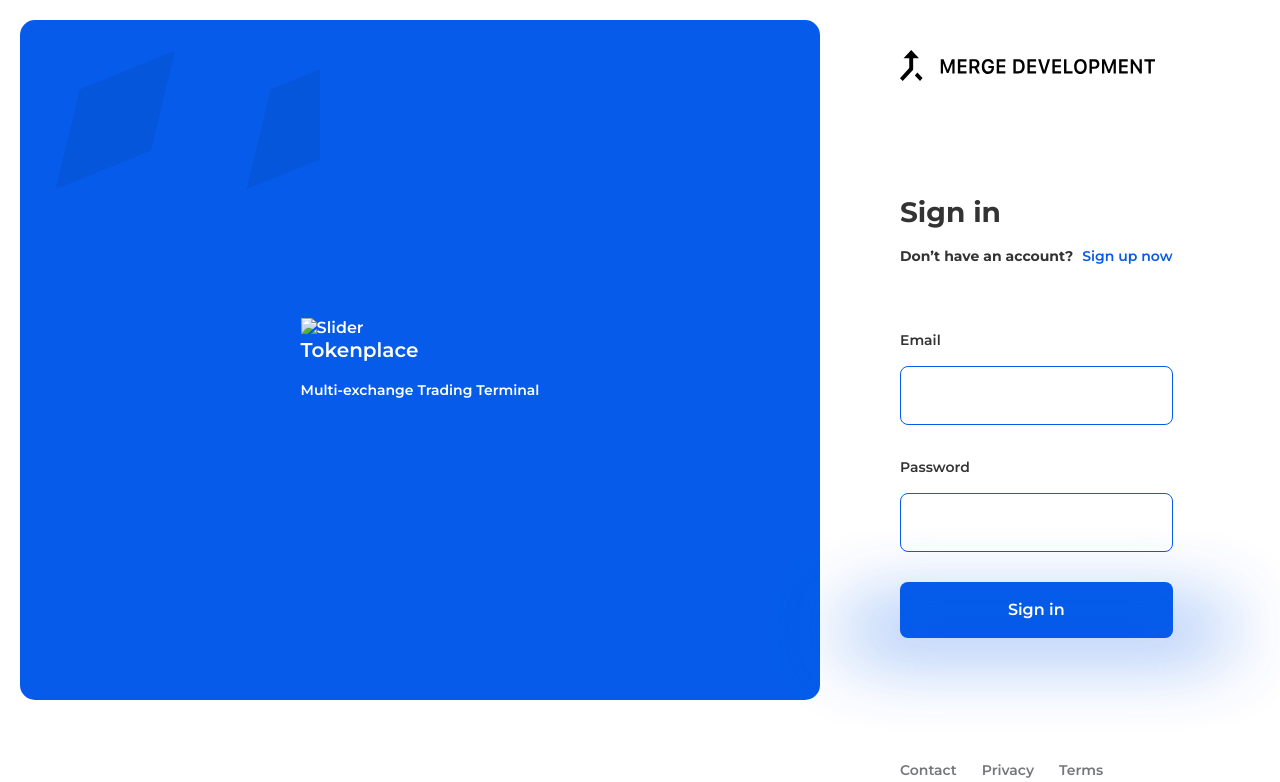
Repository: 13RedFox/form-project
Page: /
An editor plug-in stored every save of this project. The page is shown before and after the next save, followed by the edit.
The browser window is 1280 px wide. The pictures show the whole page.
The project was rebuilt for these pictures with package versions that can differ from the ones it lists, and the page was loaded fresh each time.

Above is the page before, as saved 2021-08-04 18:39:25.

### public/index.html
<!DOCTYPE html>
<html lang="en">

<head>
  <meta charset="utf-8" />
  <link rel="icon" href="%PUBLIC_URL%/favicon.ico" />
  <meta name="viewport" content="width=device-width, initial-scale=1" />
  <meta name="theme-color" content="#000000" />
  <meta name="description" content="Web site created using create-react-app" />
  <link rel="apple-touch-icon" href="%PUBLIC_URL%/logo192.png" />
  <link rel="manifest" href="%PUBLIC_URL%/manifest.json" />

  <title>Form Project</title>
  <link rel="preconnect" href="https://fonts.googleapis.com">
  <link rel="preconnect" href="https://fonts.gstatic.com" crossorigin>
  <link href="https://fonts.googleapis.com/css2?family=Montserrat:wght@600;700&display=swap" rel="stylesheet">
</head>

<body>
  <noscript>You need to enable JavaScript to run this app.</noscript>
  <div id="root"></div>
</body>

</html>

### src/index.js
import React from 'react';
import ReactDOM from 'react-dom';
import './index.scss';
import App from './components/App/App';

ReactDOM.render(
  <React.StrictMode>
    <App />
  </React.StrictMode>,
  document.getElementById('root')
);

### src/index.scss
* {
  margin: 0;
  padding: 0;
  box-sizing: border-box;
  font-family: 'Montserrat', -apple-system, BlinkMacSystemFont, 'Segoe UI', 'Roboto', 'Oxygen',
    'Ubuntu', 'Cantarell', 'Fira Sans', 'Droid Sans', 'Helvetica Neue', sans-serif;
  -webkit-font-smoothing: antialiased;
  -moz-osx-font-smoothing: grayscale;
}

### src/components/App/App.jsx
import React from 'react';
import Form from '../Form/Form';
import Slider from '../Slider/Slider';

import styles from './App.module.scss';

function App() {
  return (
    <div className={styles.wrapper}>
      <Slider />
      <Form />
    </div>
  );
}

export default App;

### src/components/Form/Form.jsx
import styles from './Form.module.scss';
import { ReactComponent as LogoIcon } from '../../assets/logo.svg';
import Input from '../Input/Input';
import Button from '../Button/Button';

const Form = () => {
  return (
    <div className={styles.form}>
      <LogoIcon className={styles.icon} />
      <form action="#">
        <h1 className={styles.title}>Sign in</h1>
        <div className={styles.inner}>
          <p className={styles.text}>Don’t have an account?</p>
          <a href="#!" className={styles.signUp}>
            Sign up now
          </a>
        </div>
        <Input label="Email" type="email" className={styles.input} />
        <Input label="Password" type="password" className={styles.input} />
        <Button label="Sign in" disabled={false} className={styles.button} />

        <div className={styles.privacy}>
          <a href="#!" className={styles.privacyText}>
            Contact
          </a>
          <a href="#!" className={styles.privacyText}>
            Privacy
          </a>
          <a href="#!" className={styles.privacyText}>
            Terms
          </a>
        </div>
      </form>
    </div>
  );
};

export default Form;

### src/components/Slider/Slider.jsx
import styles from './Slider.module.scss';

const Slider = () => {
  return (
    <div className={styles.slider}>
      <div className={styles.card}>
        <div className={styles.wrapperImg}>
          <img src="#" alt="Slider" />
        </div>
        <h2 className={styles.title}>Tokenplace</h2>
        <p className={styles.description}>Multi-exchange Trading Terminal</p>
      </div>
    </div>
  );
};

export default Slider;

### src/components/App/App.module.scss
.wrapper {
  max-width: 1440px;
  height: 100vh;
  display: flex;
  background-color: #fff;
  padding: 20px;
  margin: 0 auto;
}

### src/components/Form/Form.module.scss
.form {
  padding-top: 30px;
  color: #333333;
}

.icon {
  cursor: pointer;
  margin-bottom: 110px;
}

.title {
  font-weight: bold;
  font-size: 28px;
  line-height: 34px;
  margin-bottom: 15px;
}

.inner {
  display: flex;
  align-items: center;
  margin-bottom: 60px;
}

.text {
  font-weight: bold;
  font-size: 14px;
  line-height: 24px;
}

.signUp {
  display: flex;
  font-weight: 600;
  font-size: 14px;
  line-height: 24px;
  color: #065bea;
  margin-left: 9px;
  text-decoration: none;
  transition: color 0.15s ease-in-out;

  &:hover {
    color: #0a4ab6;
  }
}

.privacy {
  margin-top: 120px;
}

.privacyText {
  font-weight: 600;
  font-size: 14px;
  line-height: 24px;
  color: #75777a;
  text-decoration: none;
  transition: color 0.15s ease-in-out;
  margin-right: 25px;

  &:last-child {
    margin-right: 0;
  }

  &:hover {
    color: #333;
  }
}

### src/components/Input/Input.jsx
import styles from './Input.module.scss';

const Input = ({ type, label }) => {
  return (
    <label htmlFor="input" className={styles.label}>
      {label}
      <input type={type} className={styles.input} />
    </label>
  );
};

export default Input;

### src/components/Button/Button.jsx
import React from 'react';
import styles from './Button.module.scss';

const Button = ({ label, disabled }) => {
  return (
    <button className={styles.button} disabled={disabled}>
      {label}
    </button>
  );
};

export default Button;

### src/components/Slider/Slider.module.scss
.slider {
  position: relative;
  width: 800px;
  height: 100%;
  background: #065bea;
  border-radius: 15px;
  display: flex;
  justify-content: center;
  align-items: center;
  color: #fff;
  margin-right: 80px;

  &:before {
    content: '';
    position: absolute;
    top: 0;
    left: 0;
    width: 300px;
    height: 200px;
    background-image: url('../../../public/top.png');
    background-size: contain;
  }
}

.title {
  font-weight: 600;
  font-size: 20px;
  line-height: 26px;
  margin-bottom: 15px;
}

.description {
  font-weight: 600;
  font-size: 14px;
  line-height: 24px;
}

### src/components/Input/Input.module.scss
.label {
  display: flex;
  flex-direction: column;
  font-weight: 600;
  font-size: 14px;
  line-height: 24px;
  color: #333;
  margin-bottom: 30px;
}

.input {
  width: 100%;
  max-width: 420px;
  padding: 20px;

  color: #333;
  background: #ffffff;
  border: 1px solid #065bea;
  border-radius: 8px;

  font-weight: 600;
  font-size: 14px;
  line-height: 17px;
  margin-top: 14px;
}

### src/components/Button/Button.module.scss
.button {
  position: relative;
  width: 100%;
  max-width: 420px;
  padding: 18px 0;
  background: #065bea;
  border-radius: 8px;
  border: none;
  font-weight: 600;
  font-size: 16px;
  line-height: 20px;
  color: #ffffff;
  transition: background-color 0.15s ease-in-out;
  cursor: pointer;
  z-index: 0;

  &:after {
    content: '';
    position: absolute;
    bottom: -5px;
    left: 50%;
    transform: translateX(-50%);
    width: 383px;
    height: 26px;

    background: #065bea;
    opacity: 0.83;
    filter: blur(40px);
    border-radius: 8px;
    z-index: -1;
  }

  &:hover {
    background: #0451d2;
  }

  &:active {
    background: #065bea;
  }

  &:disabled {
    background: #c6d0e0;
    &:after {
      display: none;
    }
  }
}

After the next save:
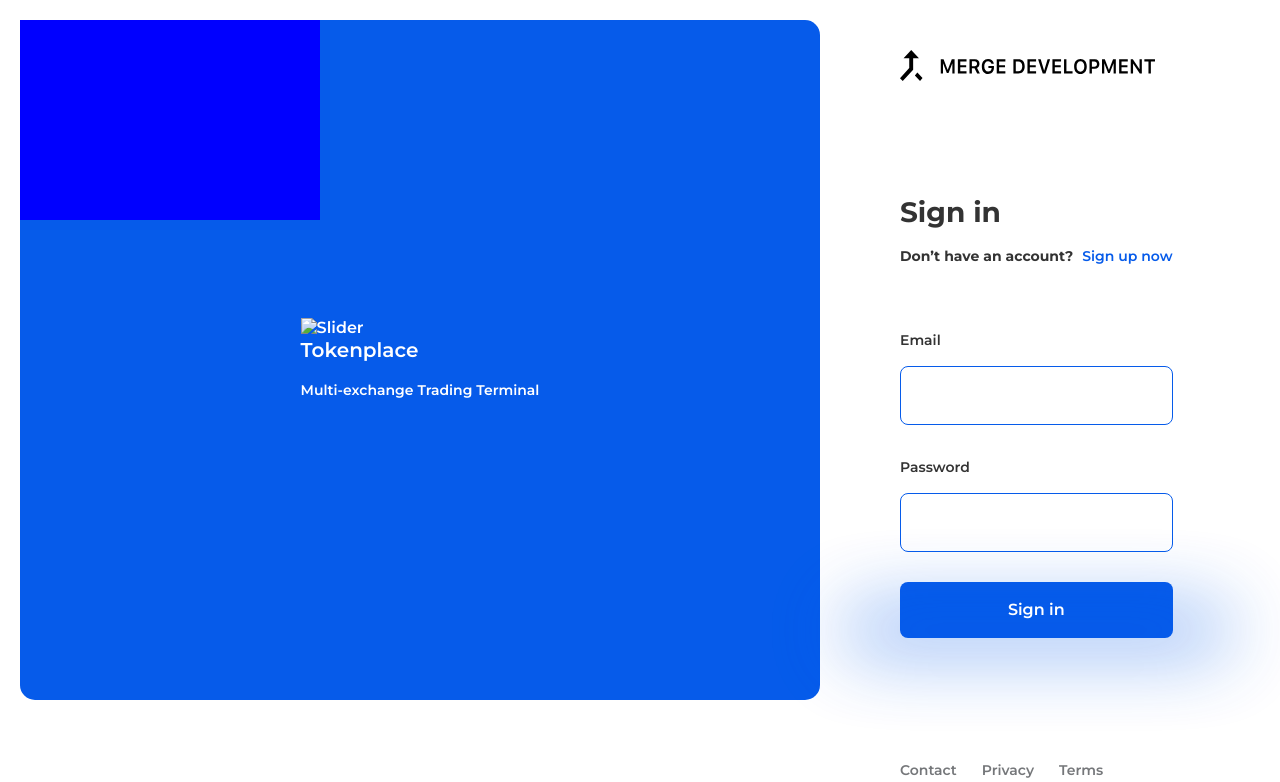
Saved 51 s later.
--- a/src/components/Slider/Slider.module.scss
+++ b/src/components/Slider/Slider.module.scss
@@ -17,8 +17,7 @@
     left: 0;
     width: 300px;
     height: 200px;
-    background-image: url('../../../public/top.png');
-    background-size: contain;
+    background-color: blue;
   }
 }
 
